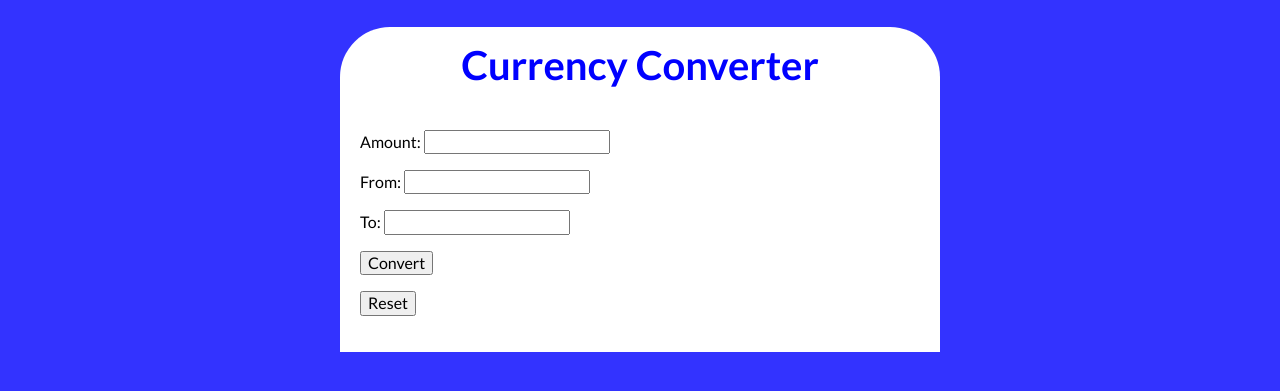
Repository: kkasperczyk/currency-converter
Page: index.html
The author's editor kept a copy of each file at every save. The page is drawn from the files as they stood at one save, then again after the next save.
The browser window is 1280 px wide. The pictures show the whole page.

Above is the page before, as saved 2020-06-15 22:31:50.

After the next save:
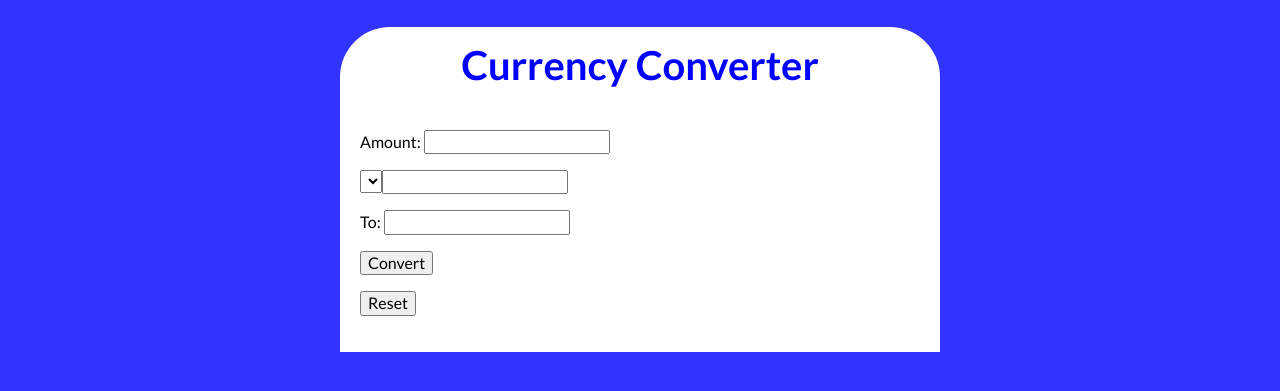
Saved 87 s later.
--- a/index.html
+++ b/index.html
@@ -30,10 +30,10 @@
                     </label>
                 </p>
                 <p>
-                    <label>
+                    <select>
                         From:
                         <input type="number" name="from-currency" required>
-                    </label>
+                    </select>
                 </p>
                 <p>
                     <label>
